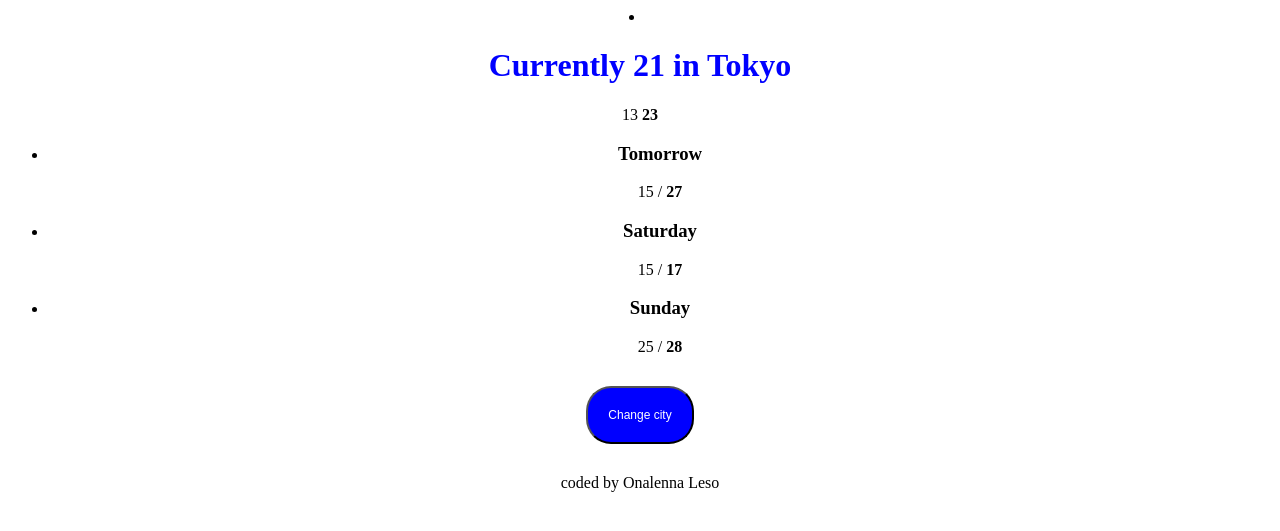
Repository: onalennaleso/empty
Page: homework w1.html
The author's editor kept a copy of each file at every save. The page is drawn from the files as they stood at one save, then again after the next save.
The browser window is 1280 px wide. The pictures show the whole page.

Above is the page before, as saved 2024-02-02 00:22:24.

After the next save:
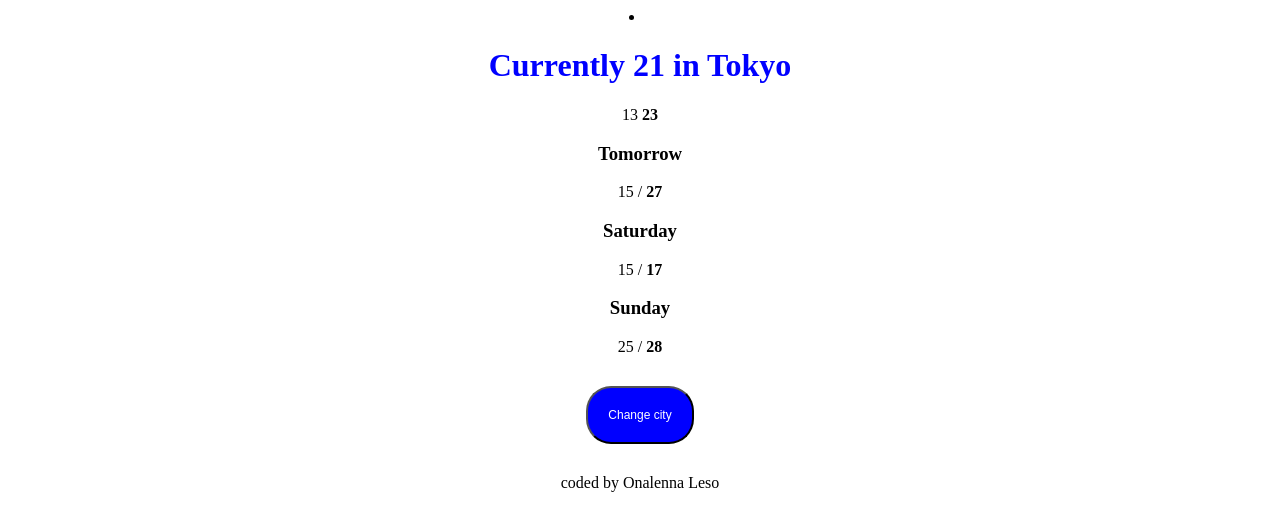
Saved 2 min 46 s later.
--- a/homework w1.html
+++ b/homework w1.html
@@ -18,6 +18,8 @@
 
     ul {
         text-align: center;
+        list-style: none;
+        padding: 0;
     }
 
     li {
